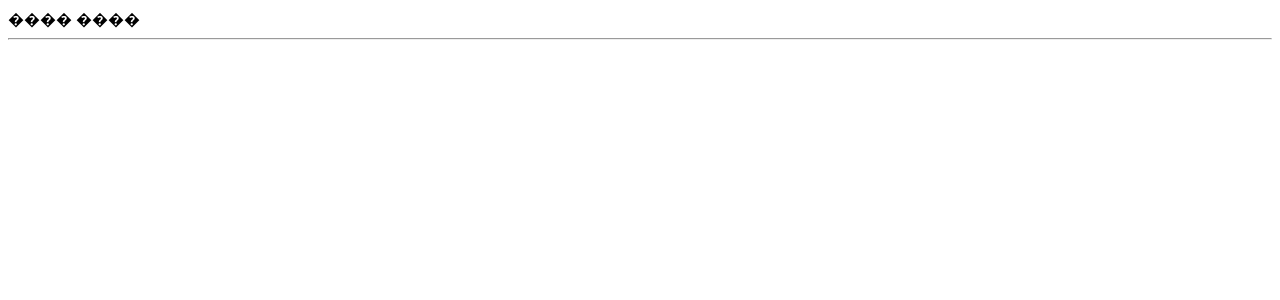
Repository: 2ujin/2018-PHP-afterschool
Page: http://localhost/CH08/03_session2.php
An editor plug-in stored every save of this project. The page is shown before and after the next save, followed by the edit.
The browser window is 1280 px wide. The pictures show the whole page.
The page is run by PHP 8.4 with error messages shown; the project is at /var/www/html/.

Above is the page before, as saved 2018-08-01 01:24:50.

### PHPStudy/CH08/03_session2.php
<?php
session_start(); //항상 맨 처음에 설정

echo "세션 시작 <hr>";
?>

After the next save:
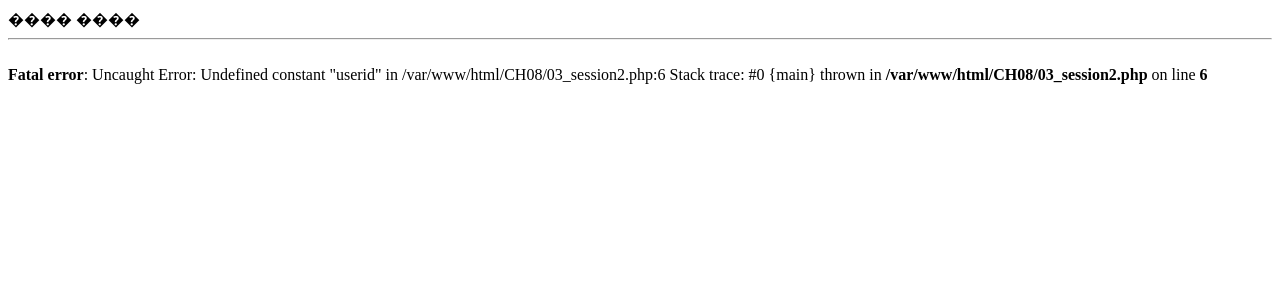
Saved 87 s later.
--- a/PHPStudy/CH08/03_session2.php
+++ b/PHPStudy/CH08/03_session2.php
@@ -2,4 +2,10 @@
 session_start(); //항상 맨 처음에 설정
 
 echo "세션 시작 <hr>";
+
+$_SESSION[userid] = 'jin';
+$_SESSION[username] = '이유진';
+$_SESSION[userpw] = '010930';
+
+
 ?>
